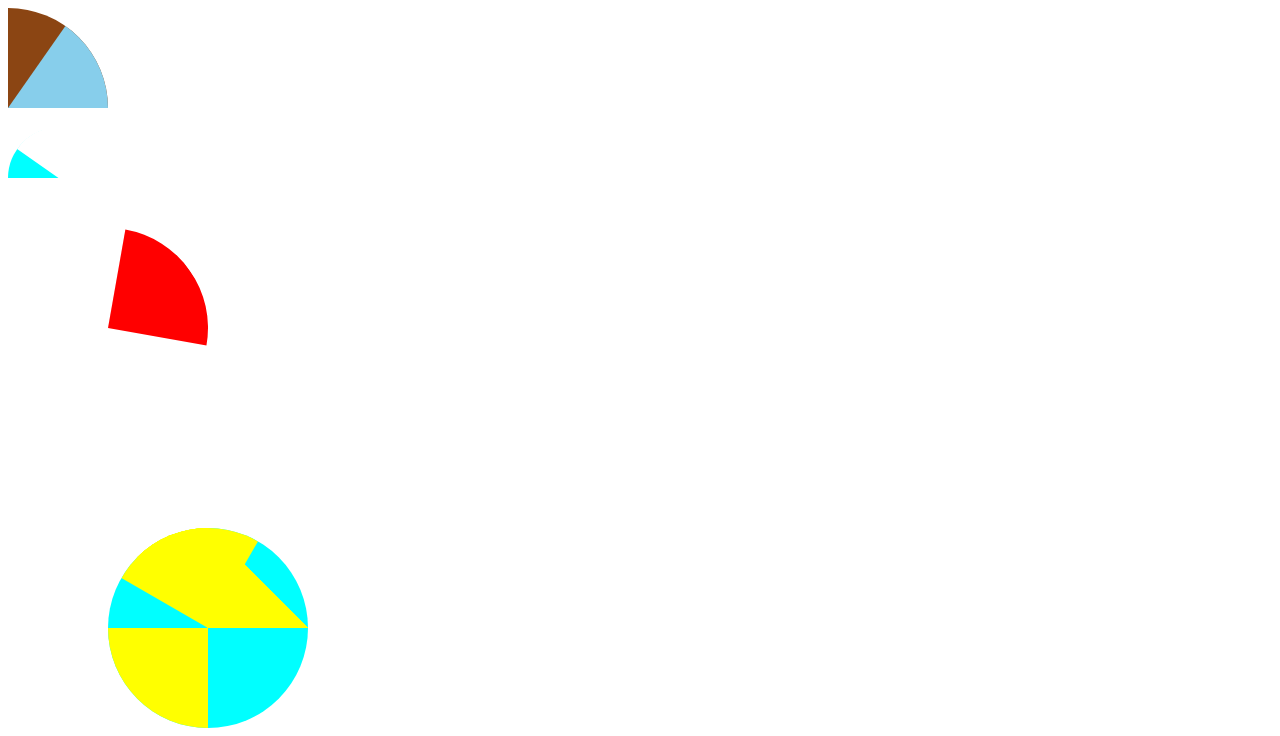
Repository: MMXiaohang/frontend-interview-coding
Page: 56.扇形.html
An editor plug-in stored every save of this project. The page is shown before and after the next save, followed by the edit.
The browser window is 1280 px wide. The pictures show the whole page.

Above is the page before, as saved 2022-08-14 10:50:12.

### 56.扇形.html
<!DOCTYPE html>
<html lang="en">
<head>
    <meta charset="UTF-8">
    <meta http-equiv="X-UA-Compatible" content="IE=edge">
    <meta name="viewport" content="width=device-width, initial-scale=1.0">
    <title>扇形</title>
    <style>
        #div{
            width: 100px;
            height: 100px;
            position: relative;
            background: transparent;
            overflow: hidden;
            /* transform: rotate(-45deg); */
        }

        #circle{
            position: absolute;
            right: 0;
            top: 0;
            width: 200px;
            height: 200px;
            border-radius: 50%;
            background-color: saddlebrown;
            overflow: hidden;
        }

        #d1{
            transform: skewX(145deg);
            transform-origin: 0 100%;
            position: absolute;
            right: 0;
            top: 0;
            background-color: skyblue;
            width: 100px;
            height: 100px;
        }

        .container{
            width: 100px;
            height: 100px;
            margin-top: 20px;
            background-color: transparent;
        }

        .c1{
            width: 100px;
            height: 50px;
            background-color: aqua;
            border-radius: 50px 50px 0 0;
        }

        .c2{
            width: 101px;
            height: 51px;
            background-color: white;
            border-radius: 0 0 50px 50px;
            transform: rotate(-145deg);
            transform-origin: center top;
        }

        .semicircle{
            width: 0;
            height: 0;
            border: 100px solid red;
            border-radius: 50%;
            border-color: transparent transparent transparent red;
            transform: rotateZ(145deg);
            margin-bottom: 100px;
        }

        .pie{
            margin-top: 100px;
            margin-left: 100px;
            height: 200px;
            width: 200px;
            border-radius: 50%;
            position: relative;
            overflow: hidden;
            background-color: aqua;
        }

        .slice{
            width: 100px;
            height: 100px;
            position:absolute;
            top: 0;
            right: 0;
            transform: skewX(45deg);
            transform-origin: 0 100%;
            background-color: yellow;
        }

        .slice:nth-of-child(2n){
            background-color: green;
        }

        .slice-one{
            transform: rotateZ(-60deg);
        }

        .slice-two{
            transform: rotateZ(-180deg);
        }
    </style>
</head>
<body>
    <div id="div">
        <div id="circle">
            <div id="d1"></div>
        </div>
    </div>


    <div class="container">
        <div class="c1"></div>
        <div class="c2"></div>
    </div>

    <div class="semicircle"></div>

    <div class="pie">
        <div class="slice slice-one"></div>
        <div class="slice slice-two"></div>
        <div class="slice slice-three"></div>
        <div class="slice slice-four"></div>
        <div class="slice slice-five"></div>
        <div class="slice slice-six"></div>
    </div>
</body>
</html>

After the next save:
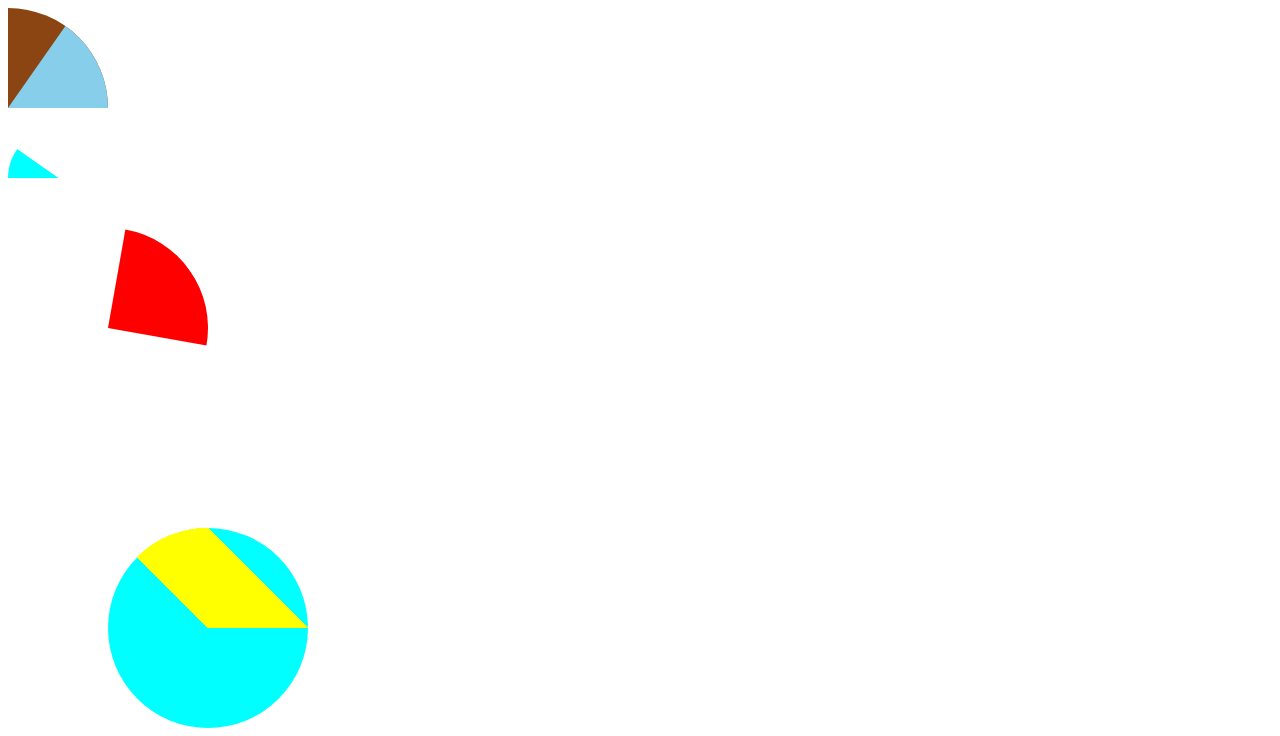
Saved 18 s later.
--- a/56.扇形.html
+++ b/56.扇形.html
@@ -96,13 +96,13 @@
             background-color: green;
         }
 
-        .slice-one{
+        /* .slice-one{
             transform: rotateZ(-60deg);
         }
 
         .slice-two{
             transform: rotateZ(-180deg);
-        }
+        } */
     </style>
 </head>
 <body>
